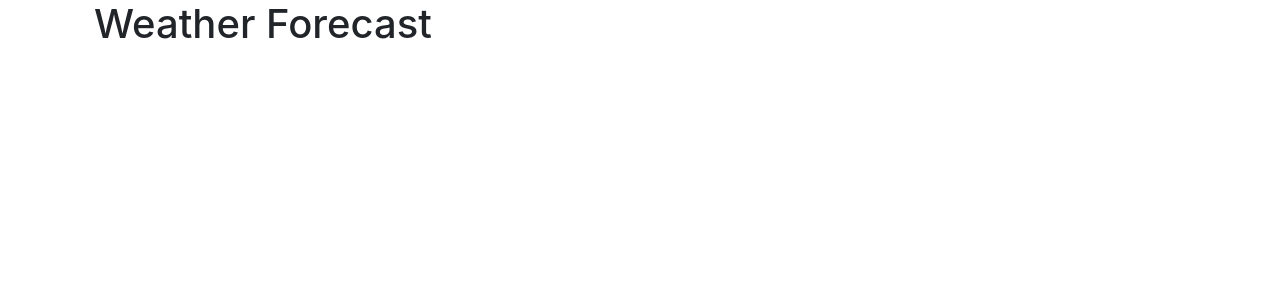
Repository: eidankhan/expenses-calculator
Page: /
The author's editor kept a copy of each file at every save. The page is drawn from the files as they stood at one save, then again after the next save.
The browser window is 1280 px wide. The pictures show the whole page.
The project was rebuilt for these pictures with package versions that can differ from the ones it lists, and the page was loaded fresh each time. Also part of the build but not shown: src/App.css.

Above is the page before, as saved 2021-11-26 11:20:25.

After the next save:
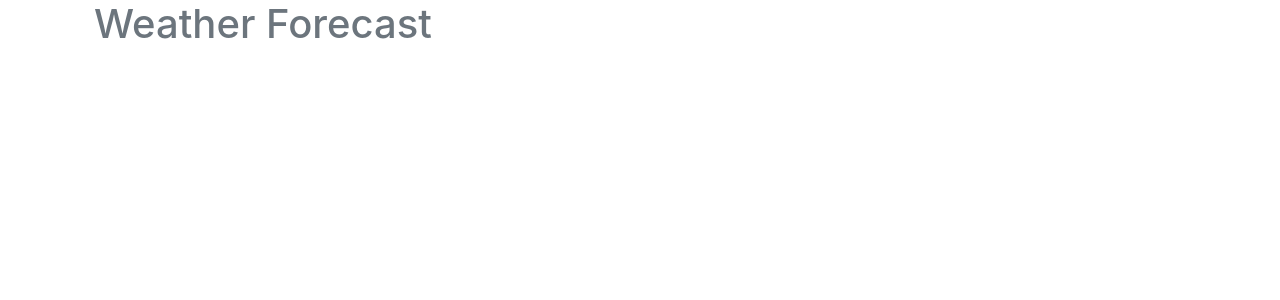
Saved 72 s later.
--- a/src/components/Forecast.js
+++ b/src/components/Forecast.js
@@ -2,7 +2,7 @@
 
 export const Forecast = () => {
     return (
-        <div className="container">
+        <div className="container text-secondary">
             <h1> Weather Forecast </h1>
         </div>
     )

After the save that followed:
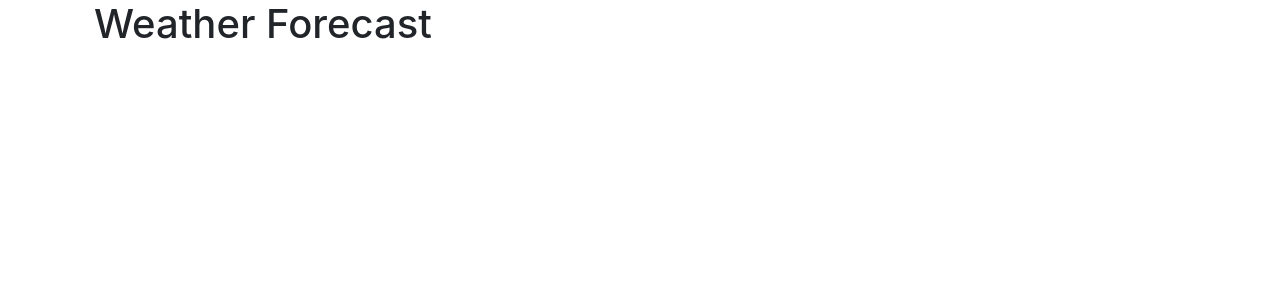
Saved 2 min 1 s later.
--- a/src/components/Forecast.js
+++ b/src/components/Forecast.js
@@ -2,7 +2,7 @@
 
 export const Forecast = () => {
     return (
-        <div className="container text-secondary">
+        <div className="container" style={{backgroundColor:"dark"}}>
             <h1> Weather Forecast </h1>
         </div>
     )
